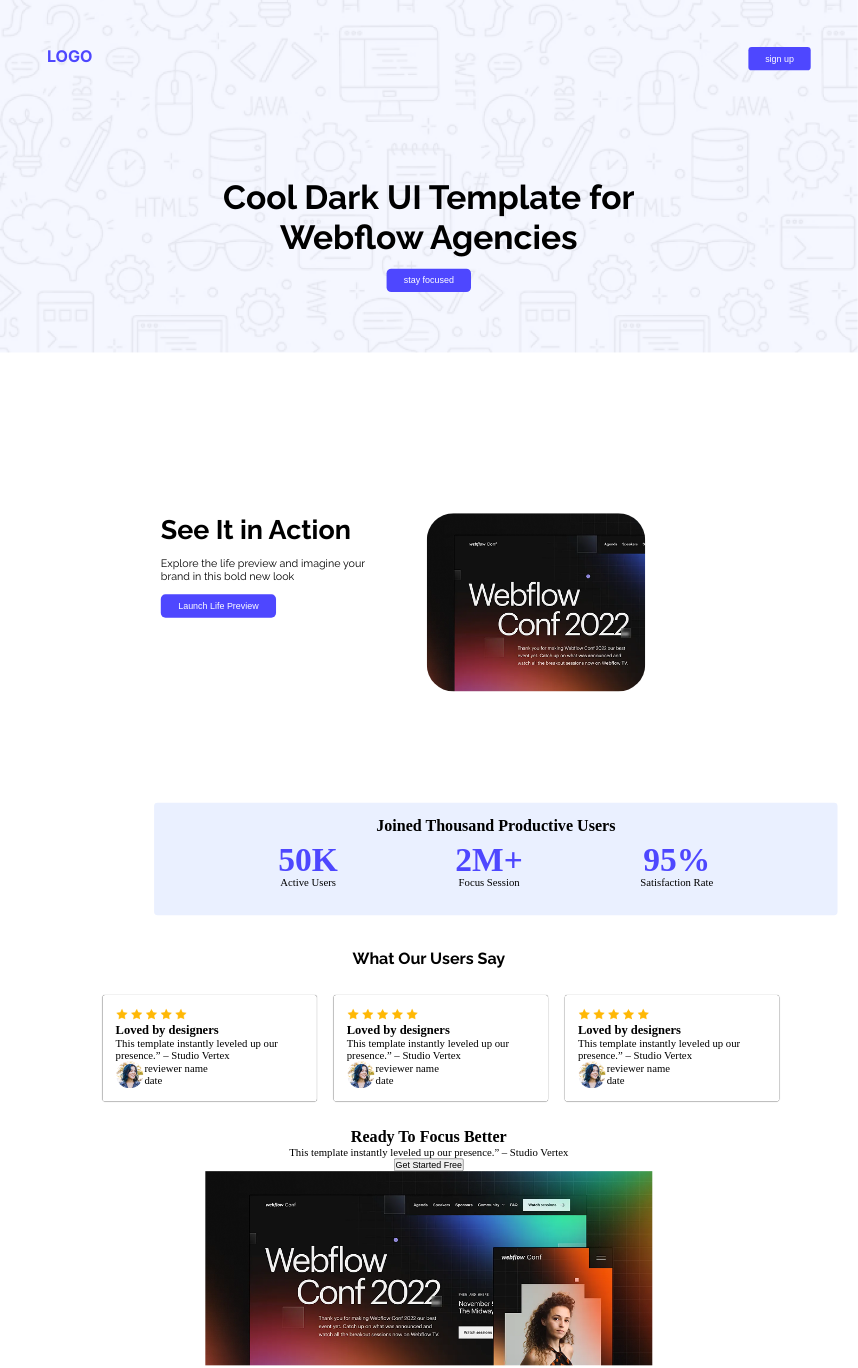
Repository: dollyrakhe22/landing-launchpad
Page: index.html
The author's editor kept a copy of each file at every save. The page is drawn from the files as they stood at one save, then again after the next save.
The browser window is 1280 px wide. The pictures show the whole page, at 67% of full size.

Above is the page before, as saved 2025-07-11 08:35:12.

After the next save:
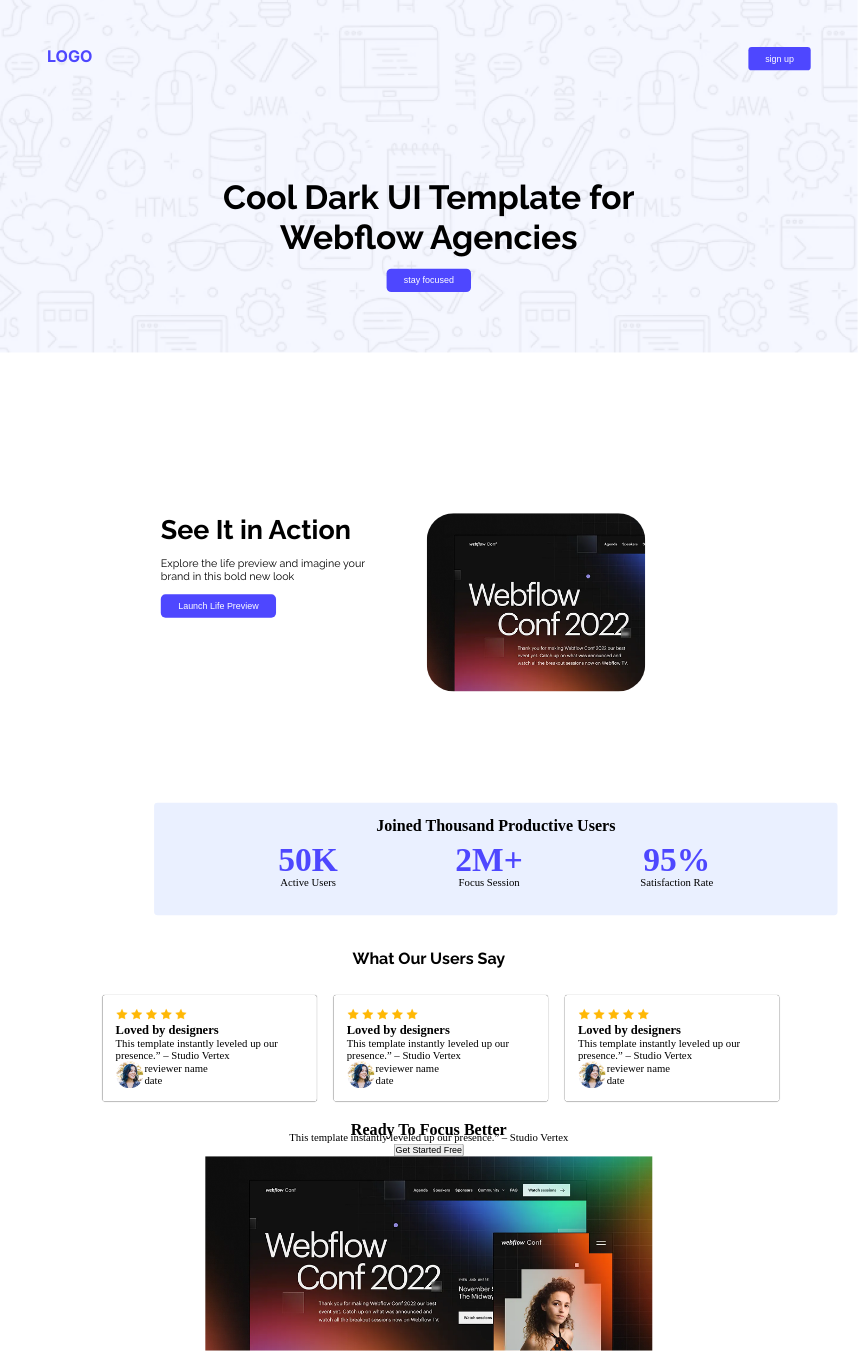
Saved 9 min 48 s later.
--- a/style.css
+++ b/style.css
@@ -148,3 +148,6 @@ nav button{
 .focus-container{
     text-align: center;
 }
+.focus-container h1{
+    line-height: 5px;
+}

After the save that followed:
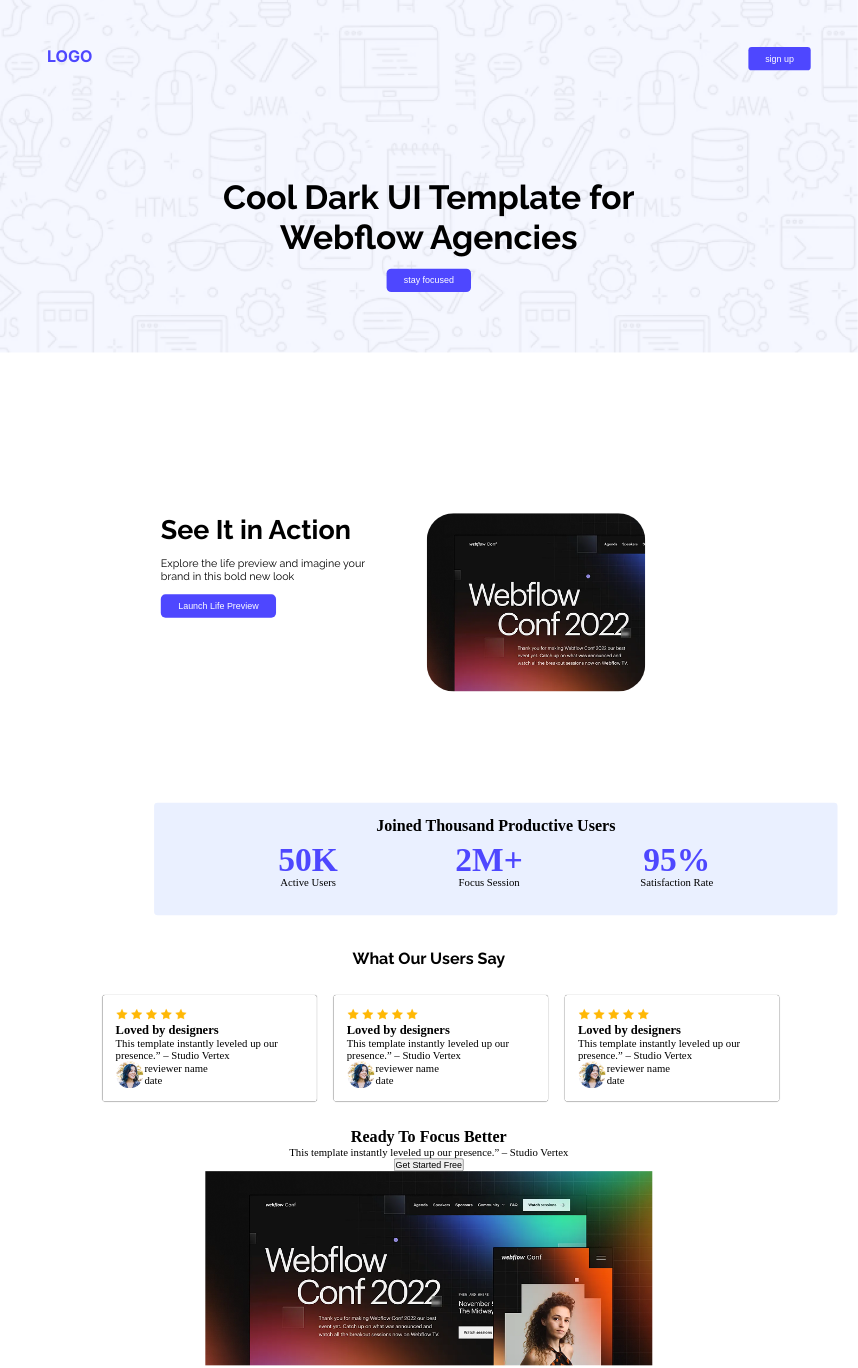
Saved 78 s later.
--- a/style.css
+++ b/style.css
@@ -148,6 +148,6 @@ nav button{
 .focus-container{
     text-align: center;
 }
-.focus-container h1{
-    line-height: 5px;
+.focus-container h1 p{
+    line-height: 35px;
 }
